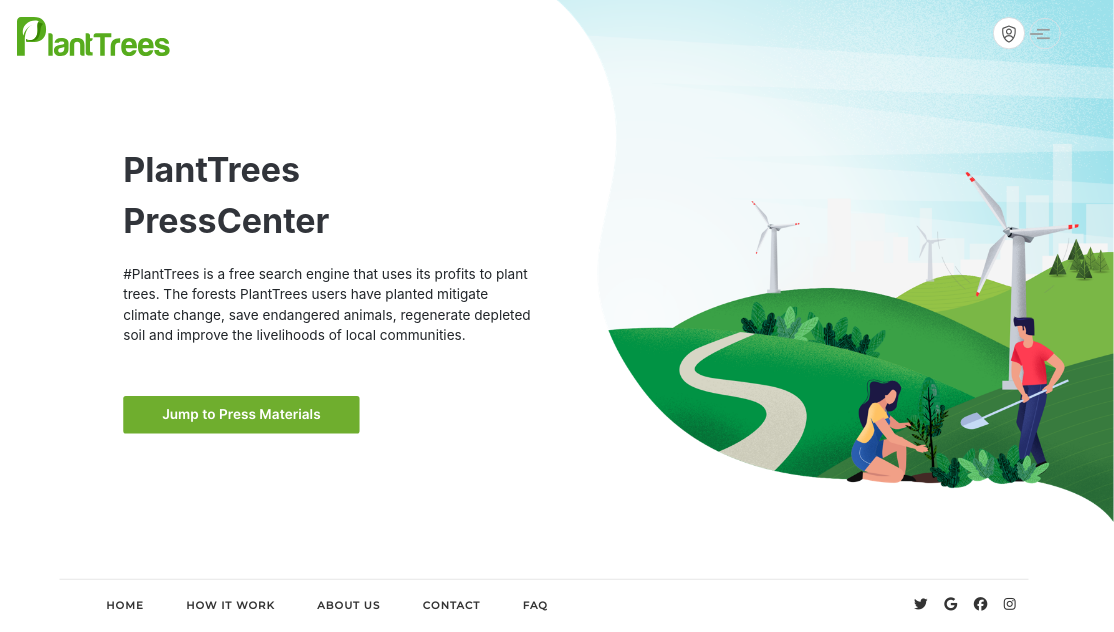
Repository: caothaito/b6g6
Page: bogo/privacy.html
These files come from the project's save history. The page is drawn as it stood at one moment and after the next save; the edit follows.
The browser window is 1280 px wide. The page is 1310 px wide, then 1295 px, so the pictures cover 1310 px, including what lies to the right of the window. The pictures show the whole page, at 85% of full size.
Some web libraries are served in a nearby version. The style sheet was rebuilt from its Sass, Less or Tailwind sources for each picture, by a compiler version that may differ from the author's.

Above is the page before, as saved 2020-09-10 17:33:24.

### bogo/privacy.html
<!DOCTYPE html>
<html lang="en">

<head>
    <meta charset="UTF-8">
    <meta name="viewport" content="width=device-width, initial-scale=1.0">
    <title>Document</title>
    <link rel="stylesheet" href="https://maxcdn.bootstrapcdn.com/bootstrap/4.0.0/css/bootstrap.min.css"
        integrity="sha384-Gn5384xqQ1aoWXA+058RXPxPg6fy4IWvTNh0E263XmFcJlSAwiGgFAW/dAiS6JXm" crossorigin="anonymous">

    <script src="https://ajax.googleapis.com/ajax/libs/jquery/3.5.1/jquery.min.js"></script>
    <!-- ==============fontawesome=== -->
    <script src="https://kit.fontawesome.com/c28984a6f5.js" crossorigin="anonymous"></script>
    <!-- ================owl================== -->
    <link rel="stylesheet" href="owlcarousel/assets/owl.carousel.min.css">
    <link rel="stylesheet" href="owlcarousel/assets/owl.theme.default.min.css">
    <script src="owlcarousel/owl.carousel.min.js"></script>

    <!-- =========================== -->
    <link rel="stylesheet" href="./assets/css/style.css">
    <link rel="stylesheet" href="./assets/css/media.css">
</head>

<body>
    <div class="plant-trees-main main-contact-us float-left w-100">
        <div class="plant-trees-home  float-left w-100">
            <div class="plant-trees-home-searchTop float-left w-100 ">
                <a href="#" class="plant-trees-topLogo" id="topLogo">
                    <img src="./assets/images/logo.svg" alt="" class="plant-trees-logo">
                </a>
                <div class="plant-trees-searchRight float-right ">
                    <div class="plant-trees-account">
                        <div class="plant-trees-account-info" style="display:none">
                            <div class="item float-left ">
                                <div class="icon float-left">
                                    <img src="./assets/images/square.svg" alt="square.svg">
                                </div>
                                <div class="content float-right">
                                    <div class="title">Get Our App & Extension</div>
                                    <div class="desc">Protect your date on every device.</div>
                                </div>
                            </div>
                            <div class="item float-left ">
                                <div class="icon float-left">
                                    <img src="./assets/images/file.svg" alt="file.svg">
                                </div>
                                <div class="content float-right">
                                    <div class="title">Your searches are private</div>
                                    <div class="desc">We don't need to know what you do online. We don't record them.
                                    </div>
                                </div>
                            </div>
                            <div class="item float-left ">
                                <div class="icon float-left">
                                    <img src="./assets/images/browser.svg" alt="browser.svg">
                                </div>
                                <div class="content float-right">
                                    <div class="title">Your Searches Are Encrypted</div>
                                    <div class="desc">We protect your search behavior with encrypted connection.</div>
                                </div>
                            </div>
                            <div class="item float-left ">
                                <div class="icon float-left">
                                    <img src="./assets/images/secret-file.svg" alt="secret-file.svg">
                                </div>
                                <div class="content float-right">
                                    <div class="title">No tracking. No profiling</div>
                                    <div class="desc">We block hidden third-party trackers. We don't sell user's date.
                                    </div>
                                </div>
                            </div>
                        </div>
                    </div>
                    <div class="plant-trees-menu-mobile float-right">
                        <div class="nav-toggle">
                            <div class="nav-toggle-bar"></div>
                        </div>
                        <nav class="nav">
                            <ul>
                                <li class="menu-item menu-item-settings">
                                    <div class="wrap-link-item">
                                        <a href="#" title="Settings">Settings</a></div>
                                    <ul class="submenu">
                                        <li>
                                            <a href="#" title="Themes">Themes</a>
                                        </li>
                                        <li>
                                            <a href="#" title="Other settings">Other settings</a></li>
                                        <li>
                                            <a href="#" title="!Bang Search Shortcuts">!Bang SearchShortcuts</a>
                                        </li>
                                    </ul>
                                </li>

                            </ul>
                        </nav>
                    </div>
                </div>
            </div>
        </div>
    </div>

    <div class="plant-trees-press float-left w-100">
        <div class="plant-trees-pressCenter float-left w-100">
            <div class="row">
                <div class="col-lg-6 col-md-6  ">
                    <div class="plant-pressLeft  float-right">
                        <div class="plant-trees-title">
                            <div>PlantTrees</div>
                            <div>PressCenter</div>
                        </div>
                        <div class="plant-trees-desc">
                            #PlantTrees is a free search engine that uses its profits to plant trees. The forests PlantTrees users have planted mitigate climate change, save endangered animals, regenerate depleted soil and improve the livelihoods of local communities.
                        </div>
                        <a href="#" class="plant-trees-add ">
                            <div>Jump to Press Materials</div>
                        </a>
                    </div>

                </div>
                <div class="col-lg-6 col-md-6 ">
                    <div class="plant-tressRight">
                        <img src="./assets/images/press-center/press.png" alt="">
                    </div>
                </div>
            </div>

        </div>
    </div>




    <!-- ====footer=== -->
    <footer class="footer-home float-left w-100">
        <div class="wrap">
          <div class="container">
              <div class="row">

            <div class="footer-top float-left w-100">
              <div class="footer-top-left col-md-7 col-sm-12 col-xs-12">
                <ul>
                  <li><a href="#">HOME</a></li>
                  <li><a href="#">How it work</a></li>
                  <li><a href="#">About Us</a></li>
                  <li><a href="#">Contact</a></li>
                  <li><a href="#">FAQ</a></li>
                </ul>
              </div>
              <div class="footer-top-right col-md-5 col-sm-12 col-xs-12">
                <a href="#"><i class="fab fa-twitter"></i></a>
                <a href="#"><i class="fab fa-google"></i></a>
                <a href="#"><i class="fab fa-facebook"></i></a>
                <a href="#"><i class="fab fa-instagram"></i></a>
              </div>
            </div>
          </div>

        </div>
        </div>
      </footer>


    <script>
        $(document).ready(function () {
            $(".plant-trees-account").click(function () {
                $(".plant-trees-account-info").slideToggle();
            })
        })

        $('.owl-carousel').owlCarousel({
            loop: true,
            margin: 10,
            responsiveClass: true,
            nav: true,
            responsive: {
                0: {
                    items: 2
                },
                480: {
                    items: 2
                },
                768: {
                    items: 3,
                },
                1000: {
                    items: 3,
                }
            }
        })
    </script>
</body>

<script src="https://cdnjs.cloudflare.com/ajax/libs/popper.js/1.12.9/umd/popper.min.js"
    integrity="sha384-ApNbgh9B+Y1QKtv3Rn7W3mgPxhU9K/ScQsAP7hUibX39j7fakFPskvXusvfa0b4Q" crossorigin="anonymous">
</script>
<script src="https://maxcdn.bootstrapcdn.com/bootstrap/4.0.0/js/bootstrap.min.js"
    integrity="sha384-JZR6Spejh4U02d8jOt6vLEHfe/JQGiRRSQQxSfFWpi1MquVdAyjUar5+76PVCmYl" crossorigin="anonymous">
</script>
<script src="./assets/js/main.js"></script>

</html>

### bogo/assets/css/media.scss
@mixin respond($breakpoint) {
    @if $breakpoint==phone {
        @media (max-width: 600px) {
            @content
        }

        ; //600px
    }

    @if $breakpoint==tab-port {
        @media (max-width: 900px) {
            @content
        }

        ; //900px
    }

    @if $breakpoint==tab-land {
        @media (max-width: 1200px) {
            @content
        }

        ; //1200px
    }

    @if $breakpoint==big-desktop {
        @media (min-width: 1800px) {
            @content
        }

        ; //1800px
    }
}

@font-face {
    font-family: Inter;
    src: url("../fonts/Inter-SemiBold_5a940f143aafecbf00719f75eea1dd90.otf");
  }


.plant-trees-press {
@include respond(tab-port){
    background-image: url('../images/press-center/press.png');
    display: inline-block;
    background-position: center;
    background-repeat: no-repeat;
}

    .plant-trees-pressCenter {

        .plant-pressLeft {
            max-width: 480px;
            padding: 170px 0 225px;
            @include respond(tab-land){
                margin-left: 30px;
            }
            .plant-trees-title {
                color: #31343a;
                margin-bottom: 20px;
                font-weight: 700;
                font-size: 40px;
                font-size: 2.5rem;
            }

            .plant-trees-add {
                position: absolute;
                color: #fff;
                padding: 10px;
                min-width: 278px;
                max-width: 278px;
                text-align: center;
                font-size: 16px;
                margin-bottom: 15px;
                border-radius: 3px;
                background-color: #6fae2e;
                font-family: Inter;
                margin-top: 60px;
            }
        }
        .plant-tressRight{
            @include respond(tab-port){
                display: none;
            }
           img{
               position: absolute;
           }
        }
    }
}

Loaded but not shown: bogo/owlcarousel/assets/owl.carousel.min.css (library); bogo/owlcarousel/assets/owl.theme.default.min.css (common file); bogo/owlcarousel/owl.carousel.min.js (library); bogo/assets/js/main.js (33 lines, source omitted); bogo/assets/css/style.scss (742 lines, source omitted)

After the next save:
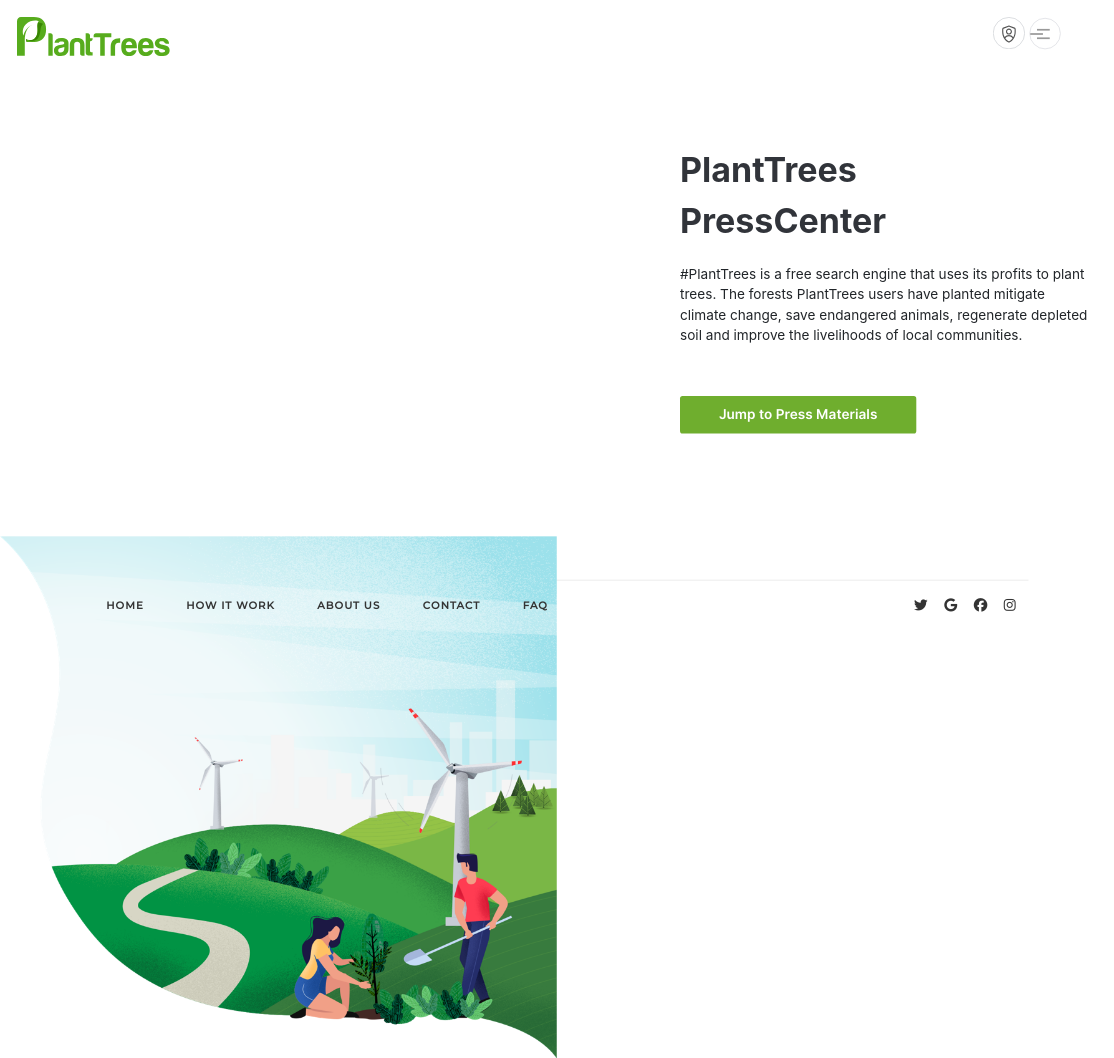
Saved 6 min 23 s later.
--- a/bogo/privacy.html
+++ b/bogo/privacy.html
@@ -103,7 +103,7 @@
     <div class="plant-trees-press float-left w-100">
         <div class="plant-trees-pressCenter float-left w-100">
             <div class="row">
-                <div class="col-lg-6 col-md-6  ">
+                <div class="col-lg-12 col-md-12  ">
                     <div class="plant-pressLeft  float-right">
                         <div class="plant-trees-title">
                             <div>PlantTrees</div>
